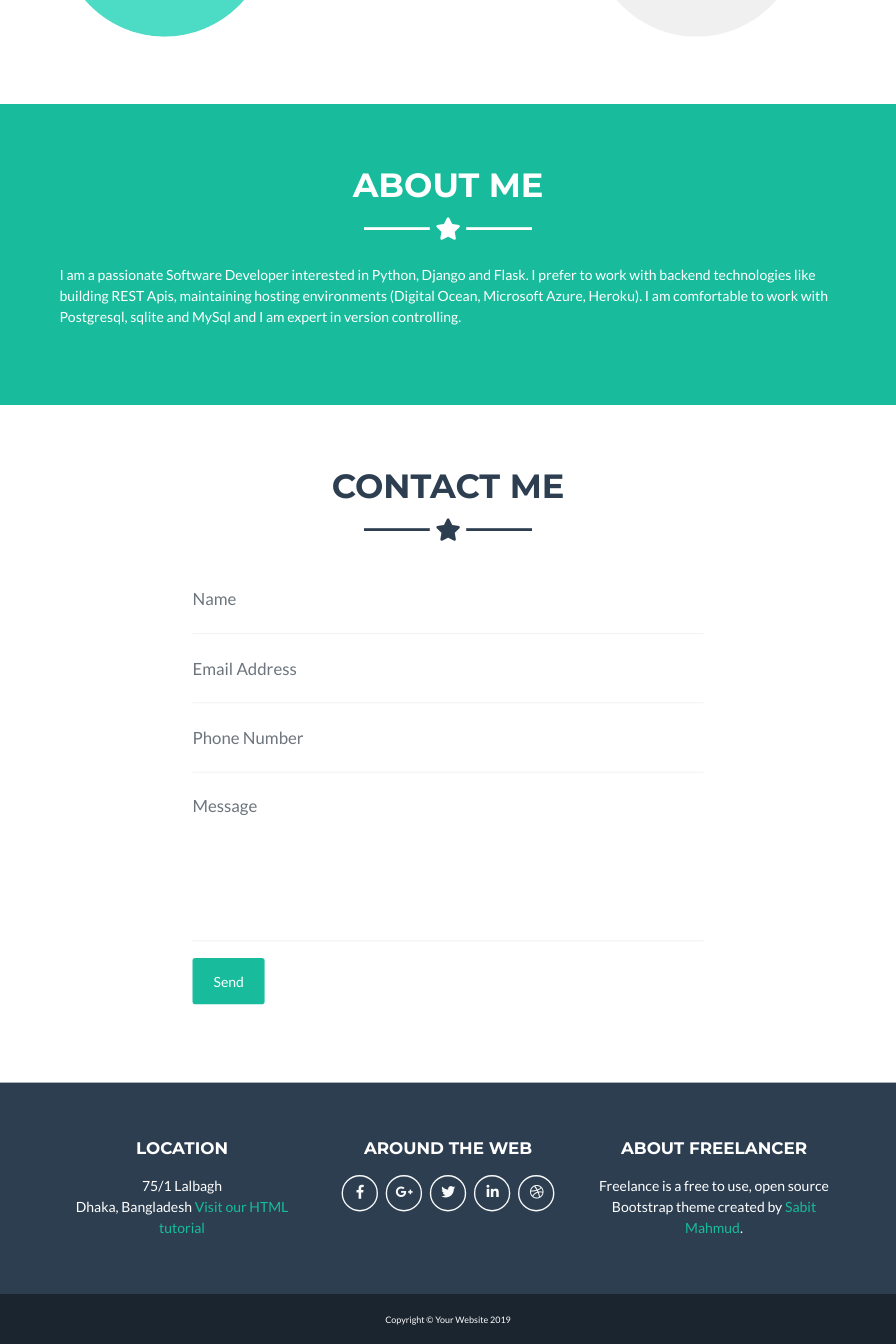
Repository: SabitDeepto/portfolio
Page: index.html
An editor plug-in stored every save of this project. The page is shown before and after the next save, followed by the edit.
The browser window is 1280 px wide. The pictures show the part of the page from y = 1602 to 3522 px (the page is 3522 px tall), at 70% of full size.

Above is the page before, as saved 2019-04-05 12:01:54.

### index.html
<!DOCTYPE html>
<html lang="en">

<head>

  <meta charset="utf-8">
  <meta name="viewport" content="width=device-width, initial-scale=1, shrink-to-fit=no">
  <meta name="description" content="">
  <meta name="author" content="">

  <title>Sabit Mahmud</title>

  <!-- Bootstrap core CSS -->
  <link href="vendor/bootstrap/css/bootstrap.min.css" rel="stylesheet">

  <!-- Custom fonts for this template -->
  <link href="vendor/fontawesome-free/css/all.min.css" rel="stylesheet" type="text/css">
  <link href="https://fonts.googleapis.com/css?family=Montserrat:400,700" rel="stylesheet" type="text/css">
  <link href="https://fonts.googleapis.com/css?family=Lato:400,700,400italic,700italic" rel="stylesheet" type="text/css">

  <!-- Plugin CSS -->
  <link href="vendor/magnific-popup/magnific-popup.css" rel="stylesheet" type="text/css">

  <!-- Custom styles for this template -->
  <link href="css/freelancer.min.css" rel="stylesheet">

</head>

<body id="page-top">

  <!-- Navigation -->
  <nav class="navbar navbar-expand-lg bg-secondary fixed-top text-uppercase" id="mainNav">
    <div class="container">
      <a class="navbar-brand js-scroll-trigger" href="#page-top">Sabit Mahmud</a>
      <button class="navbar-toggler navbar-toggler-right text-uppercase bg-primary text-white rounded" type="button" data-toggle="collapse" data-target="#navbarResponsive" aria-controls="navbarResponsive" aria-expanded="false" aria-label="Toggle navigation">
        Menu
        <i class="fas fa-bars"></i>
      </button>
      <div class="collapse navbar-collapse" id="navbarResponsive">
        <ul class="navbar-nav ml-auto">
          <li class="nav-item mx-0 mx-lg-1">
            <a class="nav-link py-3 px-0 px-lg-3 rounded js-scroll-trigger" href="#portfolio">Portfolio</a>
          </li>
          <li class="nav-item mx-0 mx-lg-1">
            <a class="nav-link py-3 px-0 px-lg-3 rounded js-scroll-trigger" href="#about">About</a>
          </li>
          <li class="nav-item mx-0 mx-lg-1">
            <a class="nav-link py-3 px-0 px-lg-3 rounded js-scroll-trigger" href="#contact">Contact</a>
          </li>
        </ul>
      </div>
    </div>
  </nav>

  <!-- Header -->
  <header class="masthead bg-primary text-white text-center">
    <div class="container">
      <img  src="img/pro.JPG" height="300px" width="300px" class="rounded-circle" alt="Cinque Terre"><p></p>
      <h1 class="text-uppercase mb-0">Sabit Mahmud</h1>
      <hr class="star-light">
      <h2 class="font-weight-light mb-0">Software Developer - Backend Enthusiast - Python Trainer</h2>
    </div>
  </header>

  <!-- Portfolio Grid Section -->
  <section class="portfolio" id="portfolio">
    <div class="container">
      <h2 class="text-center text-uppercase text-secondary mb-0">Portfolio</h2>
      <hr class="star-dark mb-5">
      <div class="row">
        <div class="col-md-6 col-lg-4">
          <a class="portfolio-item d-block mx-auto" href="#portfolio-modal-1">
            <div class="portfolio-item-caption d-flex position-absolute h-100 w-100">
              <div class="portfolio-item-caption-content my-auto w-100 text-center text-white">
                <i class="fas fa-search-plus fa-3x"></i>
              </div>
            </div>
            <img class="rounded-circle" src="img/portfolio/1.png" height="300px" width="300px" alt="">
          </a>
        </div>
        <div class="col-md-6 col-lg-4">
          <a class="portfolio-item d-block mx-auto" href="#portfolio-modal-2">
            <div class="portfolio-item-caption d-flex position-absolute h-100 w-100">
              <div class="portfolio-item-caption-content my-auto w-100 text-center text-white">
                <i class="fas fa-search-plus fa-3x"></i>
              </div>
            </div>
            <img class="rounded-circle" src="img/portfolio/2.png" height="300px" width="300px" alt="">
          </a>
        </div>
        <div class="col-md-6 col-lg-4">
          <a class="portfolio-item d-block mx-auto" href="#portfolio-modal-3">
            <div class="portfolio-item-caption d-flex position-absolute h-100 w-100">
              <div class="portfolio-item-caption-content my-auto w-100 text-center text-white">
                <i class="fas fa-search-plus fa-3x"></i>
              </div>
            </div>
            <img class="rounded-circle" src="img/portfolio/3.png" height="300px" width="300px" alt="">
          </a>
        </div>
        <div class="col-md-6 col-lg-4">
          <a class="portfolio-item d-block mx-auto" href="#portfolio-modal-4">
            <div class="portfolio-item-caption d-flex position-absolute h-100 w-100">
              <div class="portfolio-item-caption-content my-auto w-100 text-center text-white">
                <i class="fas fa-search-plus fa-3x"></i>
              </div>
            </div>
            <img class="rounded-circle" src="img/portfolio/4.png" height="300px" width="300px" alt="">
          </a>
        </div>
        <div class="col-md-6 col-lg-4">
          <a class="portfolio-item d-block mx-auto" href="#portfolio-modal-5">
            <div class="portfolio-item-caption d-flex position-absolute h-100 w-100">
              <div class="portfolio-item-caption-content my-auto w-100 text-center text-white">
                <i class="fas fa-search-plus fa-3x"></i>
              </div>
            </div>
            <img class="rounded-circle" src="img/portfolio/5.jpg" height="300px" width="300px" alt="">
          </a>
        </div>
        <div class="col-md-6 col-lg-4">
          <a class="portfolio-item d-block mx-auto" href="#portfolio-modal-6">
            <div class="portfolio-item-caption d-flex position-absolute h-100 w-100">
              <div class="portfolio-item-caption-content my-auto w-100 text-center text-white">
                <i class="fas fa-search-plus fa-3x"></i>
              </div>
            </div>
            <img class="rounded-circle" src="img/portfolio/6.png" height="300px" width="300px" alt="">          </a>
        </div>
      </div>
    </div>
  </section>

  <!-- About Section -->
  <section class="bg-primary text-white mb-0" id="about">
    <div class="container">
      <h2 class="text-center text-uppercase text-white">About Me</h2>
      <hr class="star-light mb-5">
      <div class="row">
        <div class="col-lg-12 ml-auto">
          <p class="lead">
            I am a passionate Software Developer interested in Python, Django and Flask.
             I prefer to work with backend technologies like building REST Apis, maintaining hosting
             environments (Digital Ocean, Microsoft Azure, Heroku).
              I am comfortable to work with Postgresql, sqlite and MySql and I am expert in version controlling.
          </p>
        </div>

      </div>
      <!-- <div class="text-center mt-4">
        <a class="btn btn-xl btn-outline-light" href="#">
          <i class="fas fa-download mr-2"></i>
          Download Now!
        </a>
      </div>
    </div> -->
  </section>

  <!-- Contact Section -->
  <section id="contact">
    <div class="container">
      <h2 class="text-center text-uppercase text-secondary mb-0">Contact Me</h2>
      <hr class="star-dark mb-5">
      <div class="row">
        <div class="col-lg-8 mx-auto">
          <!-- To configure the contact form email address, go to mail/contact_me.php and update the email address in the PHP file on line 19. -->
          <!-- The form should work on most web servers, but if the form is not working you may need to configure your web server differently. -->
          <form name="sentMessage" id="contactForm" novalidate="novalidate">
            <div class="control-group">
              <div class="form-group floating-label-form-group controls mb-0 pb-2">
                <label>Name</label>
                <input class="form-control" id="name" type="text" placeholder="Name" required="required" data-validation-required-message="Please enter your name.">
                <p class="help-block text-danger"></p>
              </div>
            </div>
            <div class="control-group">
              <div class="form-group floating-label-form-group controls mb-0 pb-2">
                <label>Email Address</label>
                <input class="form-control" id="email" type="email" placeholder="Email Address" required="required" data-validation-required-message="Please enter your email address.">
                <p class="help-block text-danger"></p>
              </div>
            </div>
            <div class="control-group">
              <div class="form-group floating-label-form-group controls mb-0 pb-2">
                <label>Phone Number</label>
                <input class="form-control" id="phone" type="tel" placeholder="Phone Number" required="required" data-validation-required-message="Please enter your phone number.">
                <p class="help-block text-danger"></p>
              </div>
            </div>
            <div class="control-group">
              <div class="form-group floating-label-form-group controls mb-0 pb-2">
                <label>Message</label>
                <textarea class="form-control" id="message" rows="5" placeholder="Message" required="required" data-validation-required-message="Please enter a message."></textarea>
                <p class="help-block text-danger"></p>
              </div>
            </div>
            <br>
            <div id="success"></div>
            <div class="form-group">
              <button type="submit" class="btn btn-primary btn-xl" id="sendMessageButton">Send</button>
            </div>
          </form>
        </div>
      </div>
    </div>
  </section>

  <!-- Footer -->
  <footer class="footer text-center">
    <div class="container">
      <div class="row">
        <div class="col-md-4 mb-5 mb-lg-0">
          <h4 class="text-uppercase mb-4">Location</h4>
          <p class="lead mb-0">75/1 Lalbagh
            <br>Dhaka, Bangladesh <a href="https://www.w3schools.com/html/">Visit our HTML tutorial</a>
          </p>
        </div>
        <div class="col-md-4 mb-5 mb-lg-0">
          <h4 class="text-uppercase mb-4">Around the Web</h4>
          <ul class="list-inline mb-0">
            <li class="list-inline-item">
              <a class="btn btn-outline-light btn-social text-center rounded-circle" href="https://www.facebook.com/sabitdeepto">
                <i class="fab fa-fw fa-facebook-f"></i>
              </a>
            </li>
            <li class="list-inline-item">
              <a class="btn btn-outline-light btn-social text-center rounded-circle" href="#">
                <i class="fab fa-fw fa-google-plus-g"></i>
              </a>
            </li>
            <li class="list-inline-item">
              <a class="btn btn-outline-light btn-social text-center rounded-circle" href="#">
                <i class="fab fa-fw fa-twitter"></i>
              </a>
            </li>
            <li class="list-inline-item">
              <a class="btn btn-outline-light btn-social text-center rounded-circle" href="#">
                <i class="fab fa-fw fa-linkedin-in"></i>
              </a>
            </li>
            <li class="list-inline-item">
              <a class="btn btn-outline-light btn-social text-center rounded-circle" href="#">
                <i class="fab fa-fw fa-dribbble"></i>
              </a>
            </li>
          </ul>
        </div>
        <div class="col-md-4">
          <h4 class="text-uppercase mb-4">About Freelancer</h4>
          <p class="lead mb-0">Freelance is a free to use, open source Bootstrap theme created by
            <a href="http://startbootstrap.com">Sabit Mahmud</a>.</p>
        </div>
      </div>
    </div>
  </footer>

  <div class="copyright py-4 text-center text-white">
    <div class="container">
      <small>Copyright &copy; Your Website 2019</small>
    </div>
  </div>

  <!-- Scroll to Top Button (Only visible on small and extra-small screen sizes) -->
  <div class="scroll-to-top d-lg-none position-fixed ">
    <a class="js-scroll-trigger d-block text-center text-white rounded" href="#page-top">
      <i class="fa fa-chevron-up"></i>
    </a>
  </div>

  <!-- Portfolio Modals -->

  <!-- Portfolio Modal 1 -->
  <div class="portfolio-modal mfp-hide" id="portfolio-modal-1">
    <div class="portfolio-modal-dialog bg-white">
      <a class="close-button d-none d-md-block portfolio-modal-dismiss" href="#">
        <i class="fa fa-3x fa-times"></i>
      </a>
      <div class="container text-center">
        <div class="row">
          <div class="col-lg-8 mx-auto">
            <h2 class="text-secondary text-uppercase mb-0">www.bugsbd.com</h2>
            <hr class="star-dark mb-5">
            <img class="img-fluid mb-5" src="img/portfolio/1.png" alt="">
            <p class="mb-5">
              Bugsbd Limited is a cyber security provider company in Bangladesh. I am developing their backend technology
              with python and django rest framework.
              </p>
            <a class="btn btn-primary btn-lg rounded-pill portfolio-modal-dismiss" href="#">
              <i class="fa fa-close"></i>
              Close Project</a>
          </div>
        </div>
      </div>
    </div>
  </div>

  <!-- Portfolio Modal 2 -->
  <div class="portfolio-modal mfp-hide" id="portfolio-modal-2">
    <div class="portfolio-modal-dialog bg-white">
      <a class="close-button d-none d-md-block portfolio-modal-dismiss" href="#">
        <i class="fa fa-3x fa-times"></i>
      </a>
      <div class="container text-center">
        <div class="row">
          <div class="col-lg-8 mx-auto">
            <h2 class="text-secondary text-uppercase mb-0">FitMan</h2>
            <hr class="star-dark mb-5">
            <img class="img-fluid mb-5" src="img/portfolio/2.png" alt="">
            <p class="mb-5">A body shaping web application.FitMan will help you to calculate your
              BMI, TDEE, BMR etc and suggest you for a specific diet plan  </p>
            <a class="btn btn-primary btn-lg rounded-pill portfolio-modal-dismiss" href="#">
              <i class="fa fa-close"></i>
              Close Project</a>
          </div>
        </div>
      </div>
    </div>
  </div>

  <!-- Portfolio Modal 3 -->
  <div class="portfolio-modal mfp-hide" id="portfolio-modal-3">
    <div class="portfolio-modal-dialog bg-white">
      <a class="close-button d-none d-md-block portfolio-modal-dismiss" href="#">
        <i class="fa fa-3x fa-times"></i>
      </a>
      <div class="container text-center">
        <div class="row">
          <div class="col-lg-8 mx-auto">
            <h2 class="text-secondary text-uppercase mb-0">BrJobs</h2>
            <hr class="star-dark mb-5">
            <img class="img-fluid mb-5" src="img/portfolio/3.png" alt="">
            <p class="mb-5">Brazil based job portal developed for a brazilian client. Recruiter can post job and
              job seeker can apply for the job. </p>
            <a class="btn btn-primary btn-lg rounded-pill portfolio-modal-dismiss" href="#">
              <i class="fa fa-close"></i>
              Close Project</a>
          </div>
        </div>
      </div>
    </div>
  </div>

  <!-- Portfolio Modal 4 -->
  <div class="portfolio-modal mfp-hide" id="portfolio-modal-4">
    <div class="portfolio-modal-dialog bg-white">
      <a class="close-button d-none d-md-block portfolio-modal-dismiss" href="#">
        <i class="fa fa-3x fa-times"></i>
      </a>
      <div class="container text-center">
        <div class="row">
          <div class="col-lg-8 mx-auto">
            <h2 class="text-secondary text-uppercase mb-0">EMI Cacl</h2>
            <hr class="star-dark mb-5">
            <img class="img-fluid mb-5" src="img/portfolio/4.png" alt="">
            <p class="mb-5">A simple EMI calculator developed by javascript. </p>
            <a class="btn btn-primary btn-lg rounded-pill portfolio-modal-dismiss" href="#">
              <i class="fa fa-close"></i>
              Close Project</a>
          </div>
        </div>
      </div>
    </div>
  </div>

  <!-- Portfolio Modal 5 -->
  <div class="portfolio-modal mfp-hide" id="portfolio-modal-5">
    <div class="portfolio-modal-dialog bg-white">
      <a class="close-button d-none d-md-block portfolio-modal-dismiss" href="#">
        <i class="fa fa-3x fa-times"></i>
      </a>
      <div class="container text-center">
        <div class="row">
          <div class="col-lg-8 mx-auto">
            <h2 class="text-secondary text-uppercase mb-0">Courier Service </h2>
            <hr class="star-dark mb-5">
            <img class="img-fluid mb-5" src="img/portfolio/6.jpg" alt="">
            <p class="mb-5">This is a api service related project developed for Bangladeshi company named Tiktok.
              Here a Merchnat can send a pickup request to pick his products, requests are generated to a particular Hub, hub manager
            assigns ambassador to pick that products, ambassador picks the products and delivers to specific location.  </p>
            <a class="btn btn-primary btn-lg roundedparticular-pill portfolio-modal-dismiss" href="#">
              <i class="fa fa-close"></i>
              Close Project</a>
          </div>
        </div>
      </div>
    </div>
  </div>

  <!-- Portfolio Modal 6 -->
  <div class="portfolio-modal mfp-hide" id="portfolio-modal-6">
    <div class="portfolio-modal-dialog bg-white">
      <a class="close-button d-none d-md-block portfolio-modal-dismiss" href="#">
        <i class="fa fa-3x fa-times"></i>
      </a>
      <div class="container text-center">
        <div class="row">
          <div class="col-lg-8 mx-auto">
            <h2 class="text-secondary text-uppercase mb-0">Task Lister</h2>
            <hr class="star-dark mb-5">
            <img class="img-fluid mb-5" src="img/portfolio/6.png" alt="">
            <p class="mb-5">
              you can make list for all of your tasks. Delete them , or mark them after doing the task. A simple CRUD operation
              by javascript.
            </p>
            <a class="btn btn-primary btn-lg rounded-pill portfolio-modal-dismiss" href="#">
              <i class="fa fa-close"></i>
              Close Project</a>
          </div>
        </div>
      </div>
    </div>
  </div>

  <!-- Bootstrap core JavaScript -->
  <script src="vendor/jquery/jquery.min.js"></script>
  <script src="vendor/bootstrap/js/bootstrap.bundle.min.js"></script>

  <!-- Plugin JavaScript -->
  <script src="vendor/jquery-easing/jquery.easing.min.js"></script>
  <script src="vendor/magnific-popup/jquery.magnific-popup.min.js"></script>

  <!-- Contact Form JavaScript -->
  <script src="js/jqBootstrapValidation.js"></script>
  <script src="js/contact_me.js"></script>

  <!-- Custom scripts for this template -->
  <script src="js/freelancer.min.js"></script>

</body>

</html>

### js/contact_me.js
$(function() {

  $("#contactForm input,#contactForm textarea").jqBootstrapValidation({
    preventSubmit: true,
    submitError: function($form, event, errors) {
      // additional error messages or events
    },
    submitSuccess: function($form, event) {
      event.preventDefault(); // prevent default submit behaviour
      // get values from FORM
      var name = $("input#name").val();
      var email = $("input#email").val();
      var phone = $("input#phone").val();
      var message = $("textarea#message").val();
      var firstName = name; // For Success/Failure Message
      // Check for white space in name for Success/Fail message
      if (firstName.indexOf(' ') >= 0) {
        firstName = name.split(' ').slice(0, -1).join(' ');
      }
      $this = $("#sendMessageButton");
      $this.prop("disabled", true); // Disable submit button until AJAX call is complete to prevent duplicate messages
      $.ajax({
        url: "././mail/contact_me.php",
        type: "POST",
        data: {
          name: name,
          phone: phone,
          email: email,
          message: message
        },
        cache: false,
        success: function() {
          // Success message
          $('#success').html("<div class='alert alert-success'>");
          $('#success > .alert-success').html("<button type='button' class='close' data-dismiss='alert' aria-hidden='true'>&times;")
            .append("</button>");
          $('#success > .alert-success')
            .append("<strong>Your message has been sent. </strong>");
          $('#success > .alert-success')
            .append('</div>');
          //clear all fields
          $('#contactForm').trigger("reset");
        },
        error: function() {
          // Fail message
          $('#success').html("<div class='alert alert-danger'>");
          $('#success > .alert-danger').html("<button type='button' class='close' data-dismiss='alert' aria-hidden='true'>&times;")
            .append("</button>");
          $('#success > .alert-danger').append($("<strong>").text("Sorry " + firstName + ", it seems that my mail server is not responding. Please try again later!"));
          $('#success > .alert-danger').append('</div>');
          //clear all fields
          $('#contactForm').trigger("reset");
        },
        complete: function() {
          setTimeout(function() {
            $this.prop("disabled", false); // Re-enable submit button when AJAX call is complete
          }, 1000);
        }
      });
    },
    filter: function() {
      return $(this).is(":visible");
    },
  });

  $("a[data-toggle=\"tab\"]").click(function(e) {
    e.preventDefault();
    $(this).tab("show");
  });
});

/*When clicking on Full hide fail/success boxes */
$('#name').focus(function() {
  $('#success').html('');
});

Loaded but not shown: vendor/bootstrap/css/bootstrap.min.css (library); vendor/fontawesome-free/css/all.min.css (library); vendor/magnific-popup/magnific-popup.css (library); css/freelancer.min.css (library); vendor/jquery/jquery.min.js (library); vendor/bootstrap/js/bootstrap.bundle.min.js (library); vendor/jquery-easing/jquery.easing.min.js (common file); vendor/magnific-popup/jquery.magnific-popup.min.js (library); js/freelancer.min.js (common file); js/jqBootstrapValidation.js (912 lines, source omitted)

After the next save:
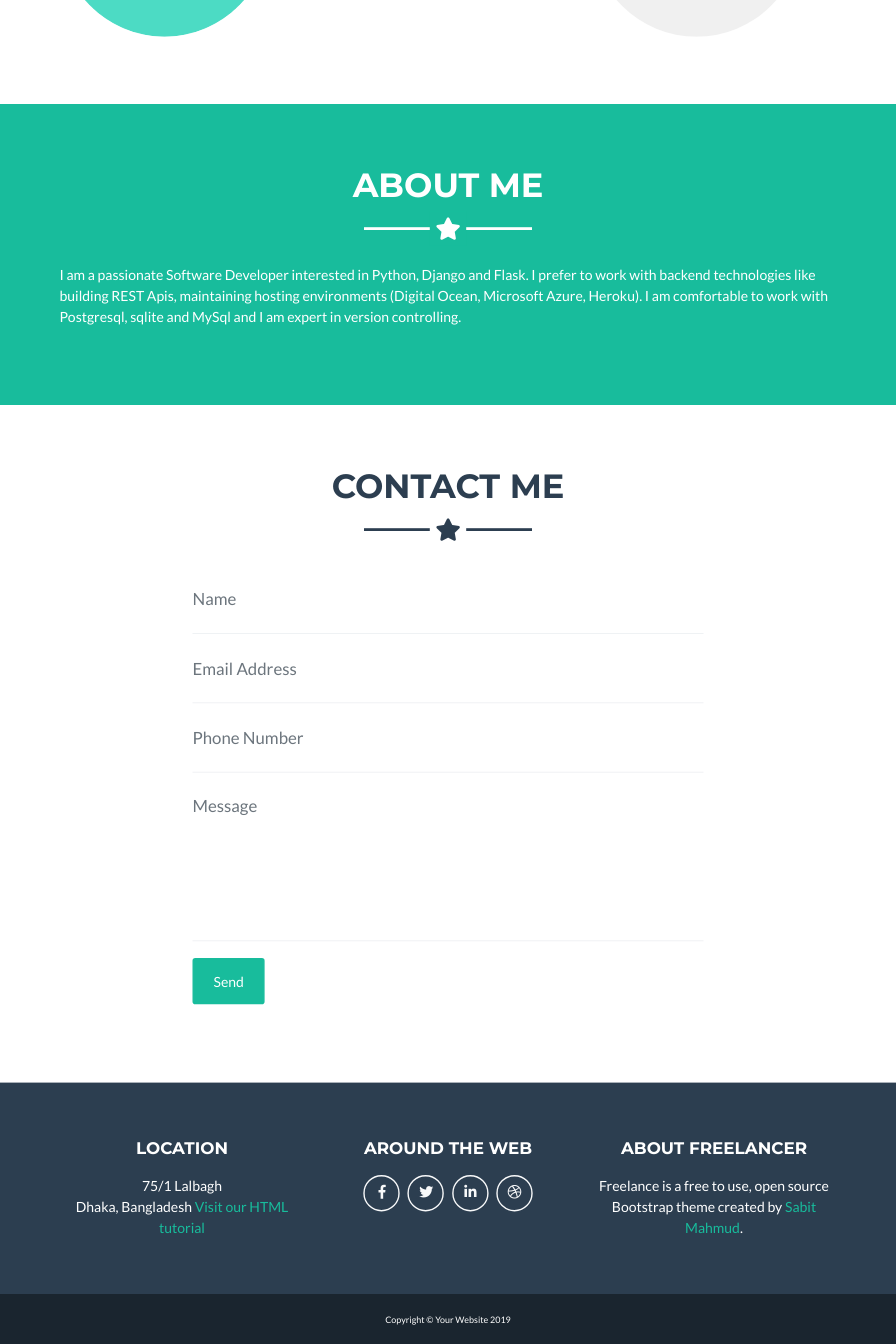
Saved 5 min 30 s later.
--- a/index.html
+++ b/index.html
@@ -223,11 +223,7 @@
                 <i class="fab fa-fw fa-facebook-f"></i>
               </a>
             </li>
-            <li class="list-inline-item">
-              <a class="btn btn-outline-light btn-social text-center rounded-circle" href="#">
-                <i class="fab fa-fw fa-google-plus-g"></i>
-              </a>
-            </li>
+
             <li class="list-inline-item">
               <a class="btn btn-outline-light btn-social text-center rounded-circle" href="#">
                 <i class="fab fa-fw fa-twitter"></i>
